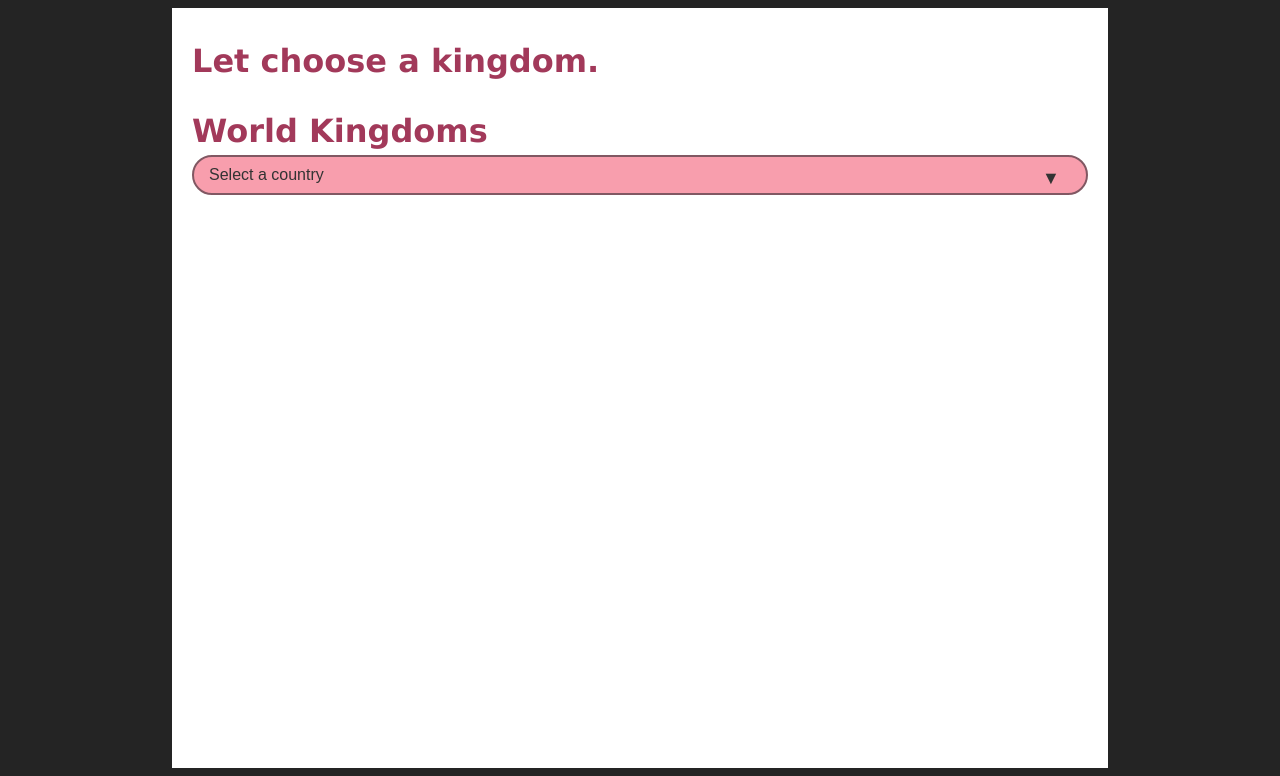
Repository: MonicaNguyenH/Lab-7_Frontend
Page: /countries
An editor plug-in stored every save of this project. The page is shown before and after the next save, followed by the edit.
The browser window is 1280 px wide. The pictures show the whole page.
The page's requests for data from a server got no answer. The project was rebuilt for these pictures with package versions that can differ from the ones it lists, and the page was loaded fresh each time. No one was signed in, and anything a server would have sent is missing. Also part of the build but not shown: vite.config.js, src/Details.jsx.

Above is the page before, as saved 2024-11-24 22:10:33.

### src/main.jsx
import React from 'react';
import ReactDOM from 'react-dom/client';
import App from './App';
import './index.css'; // Import your global CSS styles

ReactDOM.createRoot(document.getElementById('root')).render(
  <React.StrictMode>
    <App />
  </React.StrictMode>
);

### src/App.jsx
import { BrowserRouter as Router, Routes, Route } from 'react-router-dom';
import Countries from './Contries';
import Details from './Details';

export default function App() {
  return (
    <div className="container">
      <Router>
      <Routes>
        <Route
          path="/"
          element={
            <div className="contentBox">
              <h1>Welcome!</h1>
              <Countries />
            </div>
          }
        />
        <Route
          path="/countries"
          element={
            <div className="contentBox">
              <h1>Let choose a kingdom.</h1>
              <Countries />
            </div>
          }
        />
        <Route
          path="countries/:cca2"
          element={
            <div className="contentBox">
              <h1>Let choose a kingdom.</h1>
              <Details />
            </div>
          }
        />
      </Routes>
    </Router>
  </div>
  );
}

### src/index.css
:root {
  font-family: Helvetica, Arial, sans-serif;
  line-height: 1.5;
  font-weight: 400;

  color-scheme: light dark;
  color: rgba(255, 255, 255, 0.87);
  background-color: #242424;

  font-synthesis: none;
  text-rendering: optimizeLegibility;
  -webkit-font-smoothing: antialiased;
  -moz-osx-font-smoothing: grayscale;
}

h1 {
  margin-bottom: 0;
  padding-bottom: 0;
}

.contentBox {
  display: flex;
  flex-direction: column;
  align-content: flex-start;
  align-items: flex-start;
  justify-content: center;
  position: absolute;
  top: 1rem;
  margin: 0 auto;
}

.container {
  width: 70vw;
  min-height: 100vh;
  margin: auto;
  background-color: white;
  display: flex;
  justify-content: center;
  flex-direction: column;
  align-content: flex-start;
  align-items: flex-start;
  align-self: start;
  padding: 20px;
}

.box,
.info {
  display: flex;
  justify-content: center;
  flex-direction: column;
  position: relative; /* To position the custom arrow inside the select */
  width: 60vw; /* Matches the width of the select */
  margin: auto;
  align-content: flex-start;
  align-items: flex-start;
  align-self: start;
}

select {
  appearance: none; /* Remove default dropdown arrow */
  -webkit-appearance: none; /* Safari support */
  -moz-appearance: none; /* Firefox support */
  background-color: rgb(248, 158, 173); /* Background color */
  border: 2px solid #815863; /* Border color */
  border-radius: 20px; /* Rounded corners */
  padding: 5px; /* Padding inside the dropdown */
  font-size: 16px; /* Font size */
  color: #333; /* Font color */
  width: 70vw; /* Width of the dropdown */
  height: 40px;
  cursor: pointer; /* Change cursor to pointer */
  margin: auto;
  align-items: center;
  padding-left: 15px;
}

.box::after {
  content: "▼"; /* Custom dropdown arrow */
  position: absolute;
  right: -13%; /* Position arrow to the right */
  top: 85%; /* Center vertically */
  transform: translateY(-50%); /* Adjust for perfect centering */
  pointer-events: none; /* Make sure the arrow does not block clicks */
  color: #333; /* Arrow color */
  font-size: 18px; /* Adjust arrow size */
}

select:focus {
  outline: none; /* Remove default focus outline */
  border-color: #b03866; /* Focus border color */
  box-shadow: 0 0 5px rgba(0, 123, 255, 0.5); /* Optional focus shadow */
}

option {
  font-size: 16px;
}

p,
h1,
h2,
h3 {
  color: rgb(162, 57, 90);
  font-family: 'Lucida Sans', 'Lucida Sans Regular', 'Lucida Grande', 'Lucida Sans Unicode', Geneva, Verdana, sans-serif;
}

### src/Contries.jsx
import { useState, useEffect } from "react";
import { useNavigate, Outlet } from "react-router-dom";

export default function Countries() {
  const [countries, setCountries] = useState([]);
  const [selectedCountry, setSelectedCountry] = useState("");
  const navigate = useNavigate();

  useEffect(() => {
    fetch("https://restcountries.com/v3.1/name/kingdom")
      .then((response) => {
        if (!response.ok) {
          throw new Error("Network response was not ok");
        }
        return response.json();
      })
      .then((data) => setCountries(data))
      .catch((error) => console.error("Error fetching countries:", error));
  }, []);

  const handleCountrySelect = (e) => {
    const value = e.target.value;

    // Handle navigation based on selection
    if (value === "") {
      navigate("/countries"); // Navigate to /countries page
    } else {
      const selected = countries.find((country) => country.cca2 === value);
      if (selected) {
        setSelectedCountry(selected);
        navigate(`/countries/${selected.cca2}`, { state: { data: selected } });
      }
    }
  };

  return (
    <div className="box">
      <h1 className="title">World Kingdoms</h1>
      <select onChange={handleCountrySelect} value={selectedCountry?.cca2 || ""}>
        {/* Default option to navigate to /countries */}
        <option value="">Select a country</option>
        {/* Dynamically populate dropdown with country data */}
        {countries.map((country) => (
          <option key={country.cca2} value={country.cca2}>
            {country.name.common}
          </option>
        ))}
      </select>
      <Outlet />
    </div>
  );
}

Loaded but not shown: index.html (common file)

After the next save:
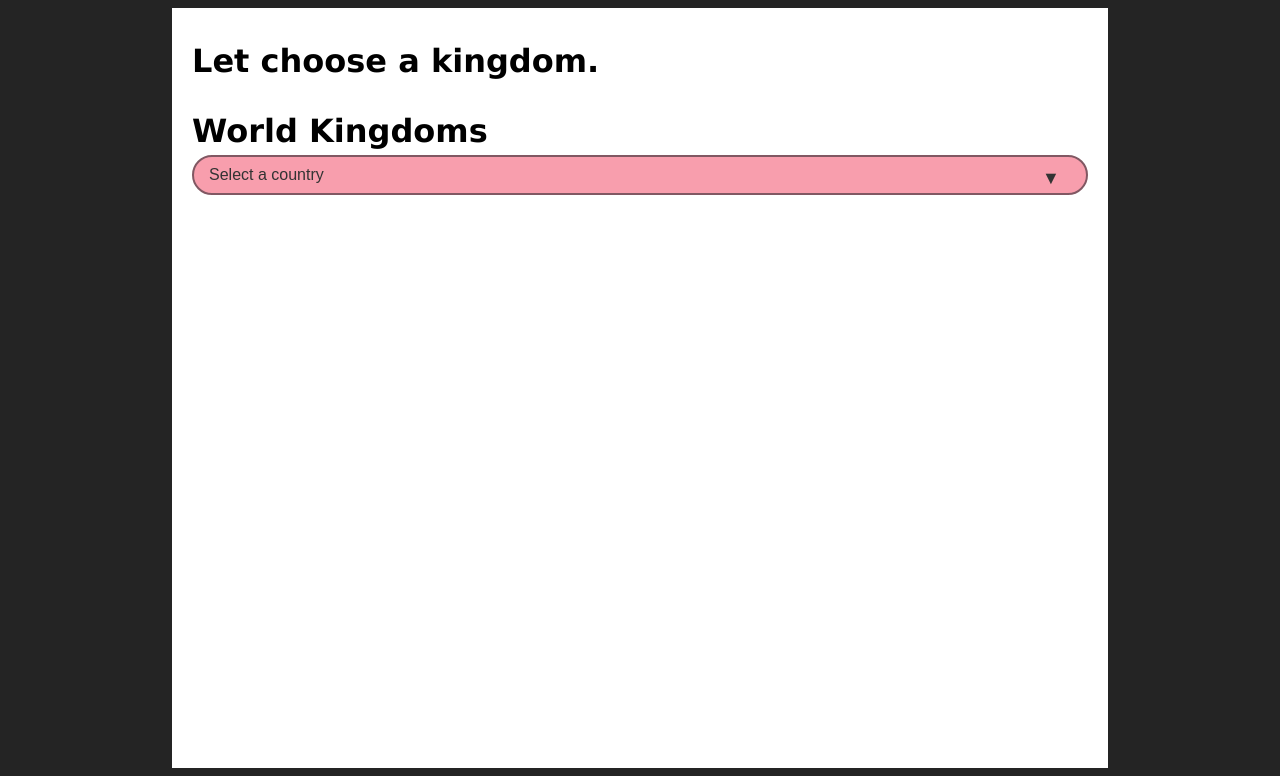
Saved 40 s later.
--- a/src/index.css
+++ b/src/index.css
@@ -99,6 +99,6 @@ p,
 h1,
 h2,
 h3 {
-  color: rgb(162, 57, 90);
+  color: black;
   font-family: 'Lucida Sans', 'Lucida Sans Regular', 'Lucida Grande', 'Lucida Sans Unicode', Geneva, Verdana, sans-serif;
 }
